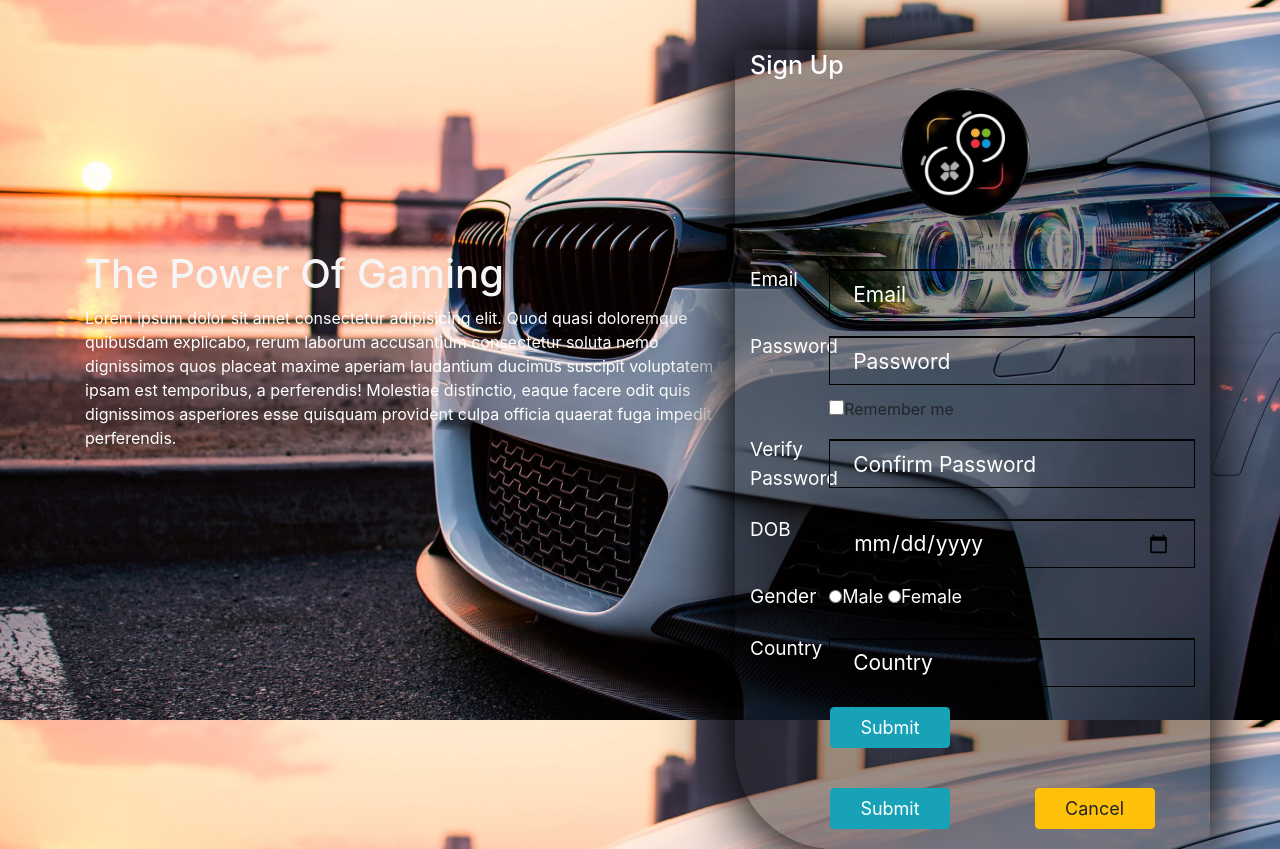
Repository: DilunVass/Car_Rental_System
Page: http://localhost/Online_Vehicle_Rental_System/UserInsert.jsp
The author's editor kept a copy of each file at every save. The page is drawn from the files as they stood at one save, then again after the next save.
The browser window is 1280 px wide. The pictures show the whole page.
Backgrounds fixed to the window are drawn as part of the page. The page is served by Tomcat 9. Nobody is signed in. The application's start-up code is not run. Other server files are loaded and not shown.

Above is the page before, as saved 2023-10-21 08:36:02.

### online_car_rentel/Online_Vehicle_Rental_System/src/main/webapp/UserInsert.jsp
<%@ page language="java" contentType="text/html; charset=UTF-8"
    pageEncoding="UTF-8"%>
<!DOCTYPE html>
<html lang="en">
<head>
    <meta charset="UTF-8">
    <meta http-equiv="X-UA-Compatible" content="IE=edge">
    <meta name="viewport" content="width=device-width, initial-scale=1.0">
    <title>SignUp form</title>

    <link rel="stylesheet" href="https://cdn.jsdelivr.net/npm/bootstrap@4.4.1/dist/css/bootstrap.min.css">

    <link rel="stylesheet" href="css/UserSignup.css" type="text/css">

</head>

<body>

    <div class="container">
        <div class="row">

            <div class="col-md-7">
            <h1 class="text-left">The Power Of Gaming</h1>
            <p class="text-left">Lorem ipsum dolor sit amet consectetur adipisicing elit.
             Quod quasi doloremque quibusdam explicabo, rerum laborum accusantium consectetur
             soluta nemo dignissimos quos placeat maxime aperiam laudantium ducimus suscipit voluptatem
             ipsam est temporibus, a perferendis! Molestiae distinctio, eaque facere odit quis dignissimos
              asperiores esse quisquam provident culpa officia quaerat fuga impedit perferendis.
            </p>
            </div>
           <div class="col-md-5">
            <div class="row">
                <div class="col-md-6">
                    <h3 class="text-left">Sign Up</h3>
                    <img src="images/logo3.jpg">
                </div>

            </div>
            <hr>
            <form action="insert" method = "post">
                <div class="row">
                    <label class="label col-md-2 control-label">Email</label>
                    <div class="col-md-10">
                        <input type="email" class="form-control" name="email" placeholder="Email" required>
                    </div>
                </div>

                <div class="row">
                    <label class="label col-md-2 control-label">Password</label>
                    <div class="col-md-10">
                        <input type="password" class="form-control" name="password" placeholder="Password" required>
                        <input type="checkbox"><large>Remember me</large>
                    </div>
                </div>

                <div class="row">
                    <label class="label col-md-2 control-label">Verify Password</label>
                    <div class="col-md-10">
                        <input type="password" class="form-control" placeholder="Confirm Password" id="confirm_password" required>

                    </div>
                </div>

                <div class="row">
                    <label class="label col-md-2 control-label">DOB</label>
                    <div class="col-md-10">
                        <input type="date" class="form-control" name="dob" placeholder="Date of Birth" required>

                    </div>
                </div>



                <div class="row">
                    <label class="label col-md-2 control-label">Gender</label>
                    <div class="col-md-10">
                       <input type="radio" name="gender" value="male"><small>Male</small>
                       <input type="radio" name="gender" value="female"><small>Female</small>
                </div>

                </div>

                <div class="row">
                     <label class="label col-md-2 control-label">Country</label>
                     <div class="col-md-10">
                        <input type="text" class="form-control" name="country" placeholder="Country" required>
                     </div>
                    </div>

                <button type = "submit" class="btn btn-info">Submit</button>
            </form>
            <!--close-->
            <!--make another coloumn for textbox and label-->


                <a href="#"><div class="btn btn-info">Submit</div></a>
                <a href="#"><div class="btn btn-warning">Cancel</div></a>



            <!--close-->




           </div>
     </div>
    </div>



    <script src="https://code.jquery.com/jquery-3.4.1.slim.min.js"></script>
    <script src="https://cdn.jsdelivr.net/npm/popper.js@1.16.0/dist/umd/popper.min.js" ></script>
    <script src="https://cdn.jsdelivr.net/npm/bootstrap@4.4.1/dist/js/bootstrap.min.js"></script>

</body>
</html>

### online_car_rentel/Online_Vehicle_Rental_System/src/main/webapp/css/UserSignup.css
*{
    margin:0px;
    padding:0px;
}

body{

    background-image: url(../images/bg9.jpg);
    background-size: cover;
    background-attachment: fixed;
    font-family: "Times New Roman",;
}

h1{
    font-size: 40px;
    color: whitesmoke;
    margin-top: 250px;
}
p{
    font: size 17px;
    color:white;
}


h3{
    font-size: 25px;
    color:white;

}

.col-md-5{
    margin-top:50px;
    box-shadow: -1px 1px 60px 10px black;
    background: rgba(0,0,0,0.4);
    border-radius:0px 100px 0px 100px;

}
.label{
    font-weight:normal;
    margin-top: 15px;
    color:white;
    font-size:19px;
}
.form-control{
    background: transparent;
    border-radius: 0px;
    border-top: 2px solid blue;
    border-color: black;
    font-size: 21px;
    margin-top: 18px;
    padding: 23px;
    color: white;

}
input[type="checkbox"]{
    margin-top:15px;
    width:15px;
    height:15px;
}
small{
    font-size: 18px;
    color:white;
    font-weight: 400px;

}
input[type="radio"]{
    margin-top:22px;
}

option{
    color:black;
}



.btn-info{
    margin-top:20px;
    font-size:18px;
    width: 120px;
    margin-left: 80px;
    margin-bottom: 20px;
}

.btn-warning{
    margin-top:20px;
    font-size:18px;
    width: 120px;
    margin-left: 80px;
    margin-bottom: 20px;
}

.form-control::placeholder {
    color: white;
    opacity: 1;
}

img{
    width: 130px;
    height: 130px;
    border-radius: 200px;
    margin-left: 150px;
    transition: 3s;
}

img:hover{
    -webkit-transform: scale(1.8);
}

After the next save:
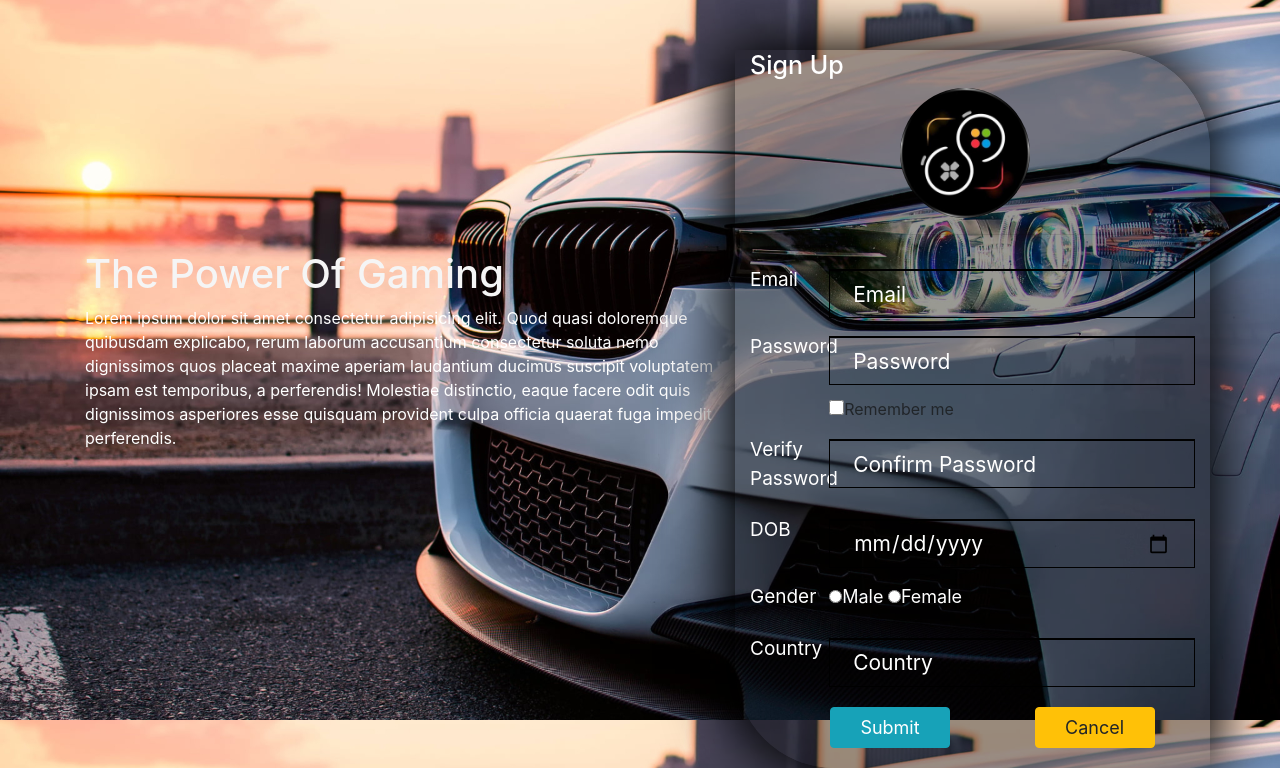
Saved 26 s later.
--- a/online_car_rentel/Online_Vehicle_Rental_System/src/main/webapp/UserInsert.jsp
+++ b/online_car_rentel/Online_Vehicle_Rental_System/src/main/webapp/UserInsert.jsp
@@ -88,13 +88,14 @@
                     </div>
 
                 <button type = "submit" class="btn btn-info">Submit</button>
+                <a href="#"><div class="btn btn-warning">Cancel</div></a>
             </form>
             <!--close-->
             <!--make another coloumn for textbox and label-->
 
 
-                <a href="#"><div class="btn btn-info">Submit</div></a>
-                <a href="#"><div class="btn btn-warning">Cancel</div></a>
+
+
 
 
 
